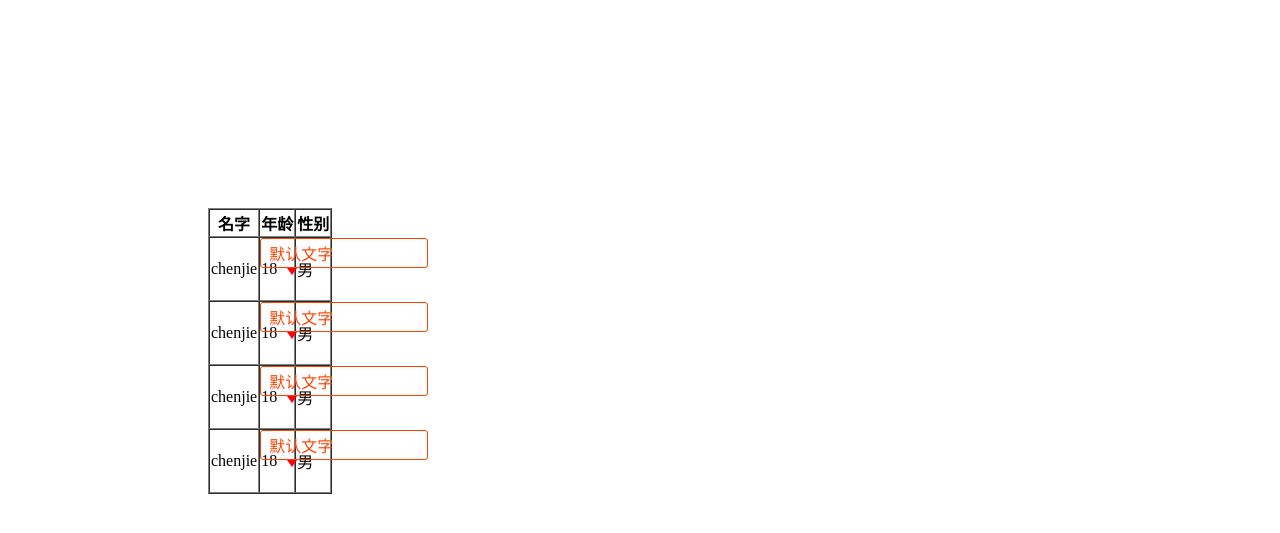
Repository: chenjieya/java
Page: index.html
The author's editor kept a copy of each file at every save. The page is drawn from the files as they stood at one save, then again after the next save.
The browser window is 1280 px wide. The pictures show the whole page.

Above is the page before, as saved 2023-05-17 09:10:01.

### index.html
<!DOCTYPE html>
<html lang="en">
<head>
  <meta charset="UTF-8">
  <meta http-equiv="X-UA-Compatible" content="IE=edge">
  <meta name="viewport" content="width=device-width, initial-scale=1.0">
  <title>Document</title>
  <style>
    tr td {
      height: 60px;
    }

    /* tooltip弹框 */
    .tooltip {
      padding: 2px 8px;
      position: absolute;
      top: 0;
      left: 0;
      color: #f40;
      border: 1px solid #f40;
      min-width: 150px;
      border-radius: 3px;
    }
    /* tooltip下方的三角 */
    .tooltip::after {
      content: '';
      position: absolute;
      bottom: -8px;
      left: 26px;
      width: 0;
      height: 0;
      border-left: 5px solid transparent;
      border-right: 5px solid transparent;
      border-top: 7px solid red;
    }
  </style>
</head>
<body style="padding: 200px;">
  <table border="1" cellspacing="0">
    <tr>
      <th>名字</th>
      <th>年龄</th>
      <th>性别</th>
    </tr>
    <tr>
      <td>chenjie</td>
      <td field="SEX">18</td>
      <td>男</td>
    </tr>
    <tr>
      <td>chenjie</td>
      <td field="SEX">18</td>
      <td>男</td>
    </tr>
    <tr>
      <td>chenjie</td>
      <td field="SEX">18</td>
      <td>男</td>
    </tr>
    <tr>
      <td>chenjie</td>
      <td field="SEX">18</td>
      <td>男</td>
    </tr>
  </table>
  <script>
    // 获取所有符合要求的td
    const Otd = document.querySelectorAll('td[field="SEX"]');

    // 遍历td，向td内部添加tooltip
    for(let i = 0; i < Otd.length; i++) {
      Otd[i].style.position = 'relative';
      toolTip(Otd[i]);
    }

    // 生成tooltip并添加到dom中
    function toolTip(dom, text='默认文字') {
      const oDiv = document.createElement('div');
      oDiv.classList.add('tooltip');
      oDiv.innerText = `${text}`;
      dom.appendChild(oDiv);
    }
  </script>
</body>
</html>

After the next save:
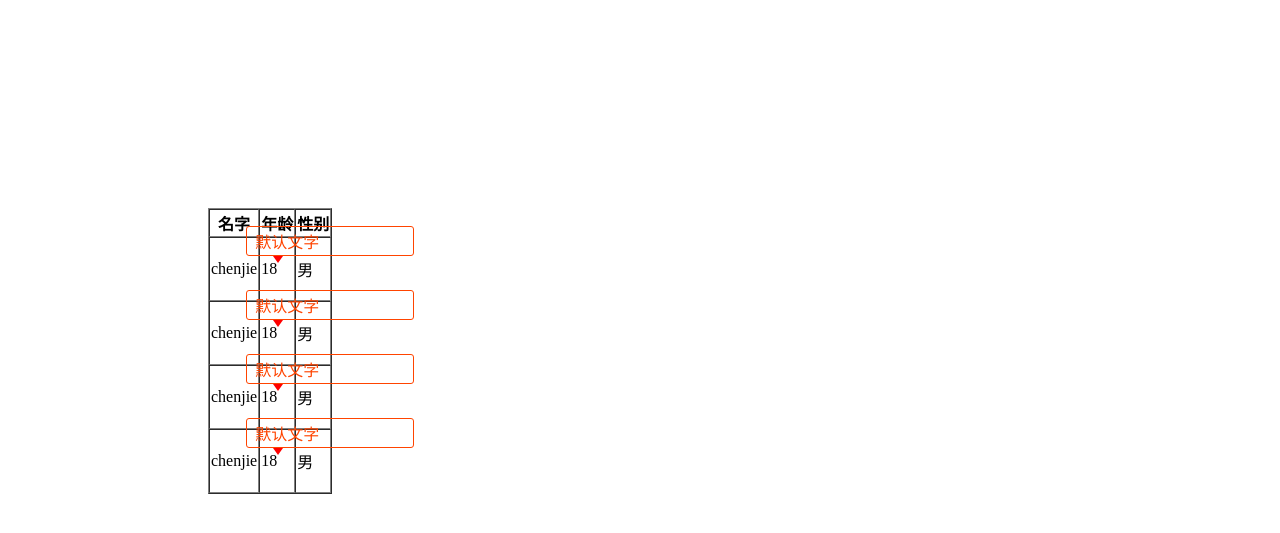
Saved 77 s later.
--- a/index.html
+++ b/index.html
@@ -14,8 +14,8 @@
     .tooltip {
       padding: 2px 8px;
       position: absolute;
-      top: 0;
-      left: 0;
+      top: -12px;
+      left: -14px;
       color: #f40;
       border: 1px solid #f40;
       min-width: 150px;
